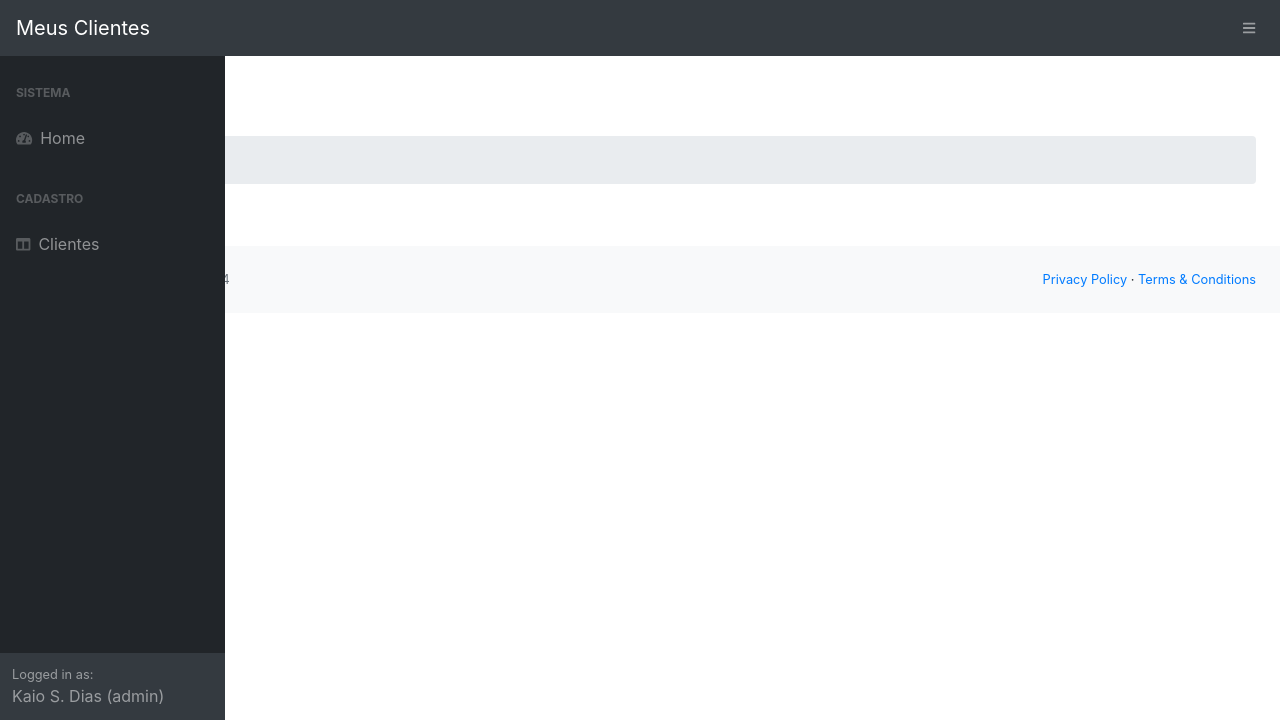
Repository: Kaio-Dias/Angular-Springboot
Page: /users-list (app in Frontend/clients-app/)
These files come from the project's save history. The page is drawn as it stood at one moment and after the next save; the edit follows.
The browser window is 1280 px wide. The pictures show the whole page.
Some web libraries are served in a nearby version. The project was rebuilt for these pictures with package versions that can differ from the ones it lists, and the page was loaded fresh each time. Also part of the build but not shown: Frontend/clients-app/angular.json, Frontend/clients-app/src/app/users/users-form/users-form.component.ts, Frontend/clients-app/src/app/users/UserModel.ts, Frontend/clients-app/src/app/home/home.component.ts.

Above is the page before, as saved 2024-07-09 11:36:22.

### Frontend/clients-app/src/index.html
<!doctype html>
<html lang="en">
<head>
  <meta charset="utf-8">
  <title>ClientsApp</title>
  <base href="/">
  <meta name="viewport" content="width=device-width, initial-scale=1">
  <link rel="icon" type="image/x-icon" href="favicon.ico">
  <script src="https://cdnjs.cloudflare.com/ajax/libs/font-awesome/5.11.2/js/all.min.js" crossorigin="anonymous"></script>
</head>
<body class="sb-nav-fixed">
  <app-root></app-root>
</body>
</html>

### Frontend/clients-app/src/app/app.component.ts
import { Component } from '@angular/core';
import { RouterModule, RouterOutlet } from '@angular/router';
import { routes } from './app.routes';
import { UsersService } from './users.service';
import { HttpClientModule } from '@angular/common/http';
import { CommonModule } from '@angular/common';

import { HomeComponent } from './home/home.component';
import {TemplateModule} from './template/template.module';
import {UsersModule} from './users/users.module';

@Component({
  selector: 'app-root',
  standalone: true,
  imports: [
    RouterOutlet,
    HomeComponent,
    TemplateModule,
    CommonModule,
    UsersModule,
    HttpClientModule
  ],
  providers:[
    UsersService
  ],
  templateUrl: './app.component.html',
  styleUrls: ['./app.component.css']
})
export class AppComponent {
  title = 'clients-app';
}

### Frontend/clients-app/src/app/app.routes.ts
import { Routes } from '@angular/router';
import { UsersFormComponent } from './users/users-form/users-form.component';
import { HomeComponent } from './home/home.component';
import { UsersListComponent } from './users/users-list/users-list.component';

export const routes: Routes = [
    { path: '', redirectTo: '/home', pathMatch: 'full' },
    { path: 'home', component: HomeComponent },
    { path: 'users-form', component: UsersFormComponent },
    { path: 'users-list', component: UsersListComponent },

];

### Frontend/clients-app/src/app/app.component.html
<app-navbar></app-navbar>
<div id="layoutSidenav">
  <app-sidebar></app-sidebar>
  <div id="layoutSidenav_content">
    <main>
      <div class="container-fluid">
        <router-outlet></router-outlet>
      </div>
      <footer class="py-4 bg-light mt-auto">
        <div class="container-fluid">
            <div class="d-flex align-items-center justify-content-between small">
                <div class="text-muted">Copyright &copy; Client Manager 2024</div>
                <div>
                    <a href="#">Privacy Policy</a>
                    &middot;
                    <a href="#">Terms &amp; Conditions</a>
                </div>
            </div>
        </div>
    </footer>
    </main>
  </div>
</div>

### Frontend/clients-app/src/app/users.service.ts
import { Injectable } from '@angular/core';
import { UserModel } from './users/UserModel';
import { HttpClient, HttpHeaders } from '@angular/common/http';
import { Observable } from 'rxjs';


@Injectable({
  providedIn: 'root'
})
export class UsersService {

  private user: UserModel[] = [];

  private apiUrl = 'http://localhost:8084/api/users';

  constructor(private http: HttpClient) {

  }
  //provavelmente seu User virará UserModel
  save(user:UserModel) : Observable<UserModel>{
    const headers = new HttpHeaders({'Content-Type': 'application/json'});
    return this.http.post<UserModel>(this.apiUrl, user, {headers})
  }

  getUsers() : UserModel[] {
    return this.user;
  }


  getUser(id: number): UserModel | undefined {
    return this.user.find(user => user.id === id);
  }

  addUser(user: UserModel): void {
    this.user.push(user);
  }

  removeUser(id: number): void {
    this.user = this.user.filter(user => user.id !== id);
  }
}

### Frontend/clients-app/src/app/template/template.module.ts
import { NgModule } from '@angular/core';
import { CommonModule } from '@angular/common';
import { NavbarComponent } from './navbar/navbar.component';
import {SidebarComponent } from './sidebar/sidebar.component';
import { RouterModule } from '@angular/router';



@NgModule({
  declarations: [],
  imports: [
    CommonModule,
    RouterModule,
    NavbarComponent,
    SidebarComponent
  ],
  exports: [
    NavbarComponent,
    SidebarComponent
  ]
})
export class TemplateModule { }

### Frontend/clients-app/src/app/users/users.module.ts
import { NgModule } from '@angular/core';
import { CommonModule } from '@angular/common';
import { FormsModule } from '@angular/forms'

import { UsersRoutingModule } from './users-routing.module';
import { UsersFormComponent } from './users-form/users-form.component';
import { UsersListComponent } from './users-list/users-list.component';


@NgModule({
  declarations: [],
  imports: [
    FormsModule,
    CommonModule,
    UsersRoutingModule,
    UsersFormComponent,
    UsersListComponent
  ],
  exports:[
    UsersFormComponent, UsersListComponent
  ]
})
export class UsersModule { }

### Frontend/clients-app/src/app/users/users-list/users-list.component.ts
import { Component, OnInit } from '@angular/core';
import { FormsModule } from '@angular/forms';
import { CommonModule } from '@angular/common';

import {UserModel} from '../UserModel';
import { UsersService } from '../../users.service'

@Component({
  selector: 'app-users-list',
  standalone: true,
  imports: [FormsModule, CommonModule],
  templateUrl: './users-list.component.html',
  styleUrl: './users-list.component.css'
})
export class UsersListComponent implements OnInit {

  users: UserModel[] = [];

  constructor(private userService: UsersService){

  }

  ngOnInit(): void {}

}

### Frontend/clients-app/src/app/template/navbar/navbar.component.ts
import { Component, AfterViewInit } from '@angular/core';

@Component({
  selector: 'app-navbar',
  standalone: true,
  imports: [],
  templateUrl: './navbar.component.html',
  styleUrl: './navbar.component.css'
})
export class NavbarComponent {

}

### Frontend/clients-app/src/app/users/users-routing.module.ts
import { NgModule } from '@angular/core';
import { RouterModule, Routes } from '@angular/router';
import { UsersFormComponent } from './users-form/users-form.component';

const routes: Routes = [
  { path: 'users-form', component: UsersFormComponent}
];

@NgModule({
  imports: [RouterModule.forChild(routes)],
  exports: [RouterModule]
})
export class UsersRoutingModule { }

### Frontend/clients-app/src/app/users/users-list/users-list.component.html
<h1 class="mt-4">Clientes</h1>
<ol class="breadcrumb mb-4">
    <li class="breadcrumb-item active">Consulta</li>
</ol>
<div class="container">
</div>
<div class="row">
    <div class="col-md-2">
        <button class="btn btn-warning">
            <i class="fa fa-plus"></i> Novo
        </button>
    </div>
</div>
<div class="row">
    <div class="col-md-12">

    </div>
</div>

### Frontend/clients-app/src/app/template/navbar/navbar.component.html
<nav class="sb-topnav navbar navbar-extend navbar-dark bg-dark">
    <a class="navbar-brand" href="#">Meus Clientes</a>
    <button class="btn btn-link btn-sm order-1 order-lg-0" id="sidebarToggle">
        <i class="fas fa-bars"></i>
    </button>
</nav>

### Frontend/clients-app/src/app/template/sidebar/sidebar.component.html
<div id="layoutSidenav">
    <div id="layoutSidenav_nav">
        <nav class="sb-sidenav accordion sb-sidenav-dark" id="sidenavAccordion">
            <div class="sb-sidenav-menu">
                <div class="nav">
                    <div class="sb-sidenav-menu-heading">Sistema</div>
                    <a class="nav-link" href="/home"
                        ><div class="sb-nav-link-icon"><i class="fas fa-tachometer-alt"></i></div>
                        Home</a
                    >
                    <div class="sb-sidenav-menu-heading">Cadastro</div>
                    <a class="nav-link collapsed" href="/users-list" data-toggle="collapse" data-target="#collapseLayouts" aria-expanded="false" aria-controls="collapseLayouts"
                        ><div class="sb-nav-link-icon"><i class="fas fa-columns"></i></div>
                        Clientes
                    </a>
                    <div class="collapse" id="collapseLayouts" aria-labelledby="headingOne" data-parent="#sidenavAccordion">
                        <nav class="sb-sidenav-menu-nested nav"><a class="nav-link" href="layout-static.html">Static Navigation</a><a class="nav-link" href="layout-sidenav-light.html">Light Sidenav</a></nav>
                    </div>
                    </div>
                </div>
            <div class="sb-sidenav-footer">
                <div class="small">Logged in as:</div>
                Kaio S. Dias (admin)
            </div>
        </nav>
    </div>

Loaded but not shown: Frontend/clients-app/src/styles.css (library); Frontend/clients-app/src/main.ts (common file); Frontend/clients-app/src/app/app.config.ts (common file); Frontend/clients-app/src/app/app.component.css (library); Frontend/clients-app/src/app/template/sidebar/sidebar.component.ts (common file); Frontend/clients-app/src/app/template/navbar/navbar.component.css (no stored copy; drawn as an empty file); Frontend/clients-app/src/app/template/sidebar/sidebar.component.css (no stored copy; drawn as an empty file); Frontend/clients-app/src/app/users/users-list/users-list.component.css (no stored copy; drawn as an empty file)

After the next save:
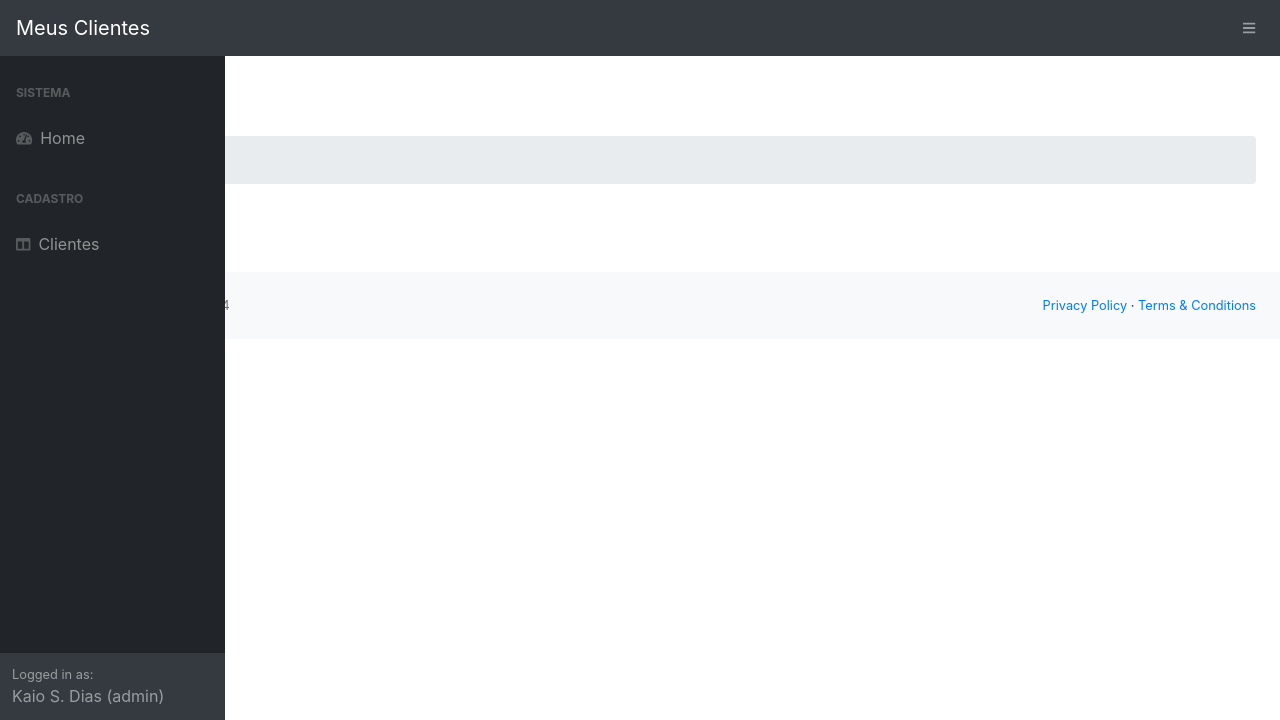
Saved 44 s later.
--- a/Frontend/clients-app/src/app/users/users-list/users-list.component.html
+++ b/Frontend/clients-app/src/app/users/users-list/users-list.component.html
@@ -13,6 +13,19 @@
 </div>
 <div class="row">
     <div class="col-md-12">
+        <table>
+            <thead>
+                <tr>
+                    <th>ID</th>
+                    <th>ID</th>
+                    <th>ID</th>
+                    <th>ID</th>
+                    <th></th>
+                </tr>
+            </thead>
+            <tbody>
 
+            </tbody>
+        </table>
     </div>
 </div>
